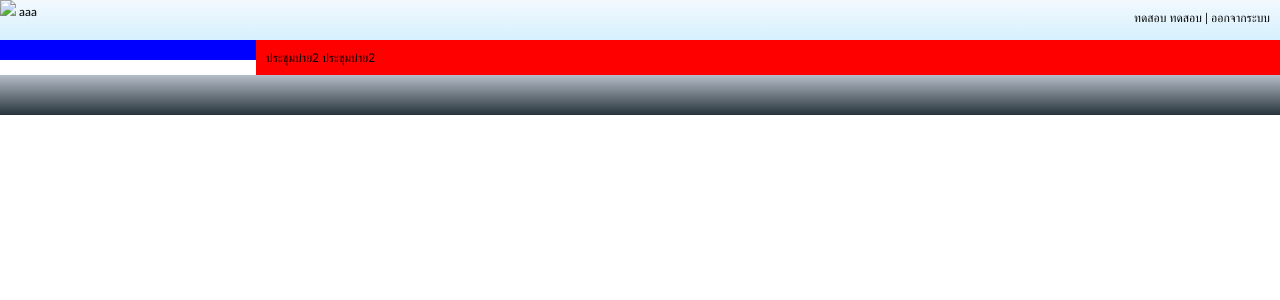
Repository: pleanoma/TooDoo
Page: http://localhost/TooDoo/Home.jsp
An editor plug-in stored every save of this project. The page is shown before and after the next save, followed by the edit.
The browser window is 1280 px wide. The pictures show the whole page.
The page is served by Tomcat 9. Other server files are loaded and not shown.

Above is the page before, as saved 2013-11-27 08:31:43.
Not found: TooDoo/TooDoo/images/images/logo.png

### TooDoo/WebContent/Home.jsp
<%@ page contentType="text/html; charset=utf-8" pageEncoding="utf-8" %>

<!DOCTYPE html PUBLIC "-//W3C//DTD HTML 4.01 Transitional//EN" "http://www.w3.org/TR/html4/loose.dtd">
<html>
<head>
<meta http-equiv="Content-Type" content="text/html; charset=tis-620">
<title>Insert title here</title>
<link rel="stylesheet" href="./css/style.css" type="text/css">
</head>
<body>
	<div id="header">
		<div class="logo">
			<img src="./images/images/logo.png"/> aaa
		</div>
		<div class="userdetail">
			<label for="UserDetail">ทดสอบ ทดสอบ</label>
			|
			<label for="UserLogout">ออกจากระบบ</label>
		</div>
	</div>
	<div class="clr">
	</div>
	<div id="content">
		<div class="article">
			<div class="box-txt">
			<label for="TodoItem">ประชุมบ่าย2</label>
			<label for="TodoItem">ประชุมบ่าย2</label>
			</div>
		</div>
		<div class="sidebar">
			<div class="box-txt">

			</div>
		</div>
	</div>
	<div class="clr">
	</div>
	<div id="footer">
		<div class="box-txt">

		</div>
	</div>
</body>
</html>

### TooDoo/WebContent/css/style.css
html, body {
	margin: 0 auto;
	width: 100%;
	font-family: "Trebuchet MS", Helvetica, sans-serif;
	font-weight: 400;
	font-size: 12px;
}
#main {
	margin: 0 auto;
	padding: 0;
}
#header {
	width: 100%;
	height: 40px;
	min-height: 40px;
	background: green;
	background: #f2f9fe; /* Old browsers */
	background: -moz-linear-gradient(top, #f2f9fe 0%, #d6f0fd 100%); /* FF3.6+ */
	background: -webkit-gradient(linear, left top, left bottom, color-stop(0%,#f2f9fe), color-stop(100%,#d6f0fd)); /* Chrome,Safari4+ */
	background: -webkit-linear-gradient(top, #f2f9fe 0%,#d6f0fd 100%); /* Chrome10+,Safari5.1+ */
	background: -o-linear-gradient(top, #f2f9fe 0%,#d6f0fd 100%); /* Opera 11.10+ */
	background: -ms-linear-gradient(top, #f2f9fe 0%,#d6f0fd 100%); /* IE10+ */
	background: linear-gradient(to bottom, #f2f9fe 0%,#d6f0fd 100%); /* W3C */
	filter: progid:DXImageTransform.Microsoft.gradient( startColorstr='#f2f9fe', endColorstr='#d6f0fd',GradientType=0 ); /* IE6-9 */
}
#header .logo {
	float: left;
}
#header .userdetail {
	float: right;
	padding: 10px;
	font-size: 12px;
}
#content .article {
	float: right;
	width: 80%;
	height: 100%;
	background: red;
}
#content .sidebar {
	float: left;
	width: 20%;
	height: 100%;
	background: blue;
}
#footer {
	display: block;
	width: 100%;
	height: 40px;
	min-height: 40px;
	background: yellow;
	background: #b5bdc8; /* Old browsers */
background: -moz-linear-gradient(top, #b5bdc8 0%, #828c95 36%, #28343b 100%); /* FF3.6+ */
background: -webkit-gradient(linear, left top, left bottom, color-stop(0%,#b5bdc8), color-stop(36%,#828c95), color-stop(100%,#28343b)); /* Chrome,Safari4+ */
background: -webkit-linear-gradient(top, #b5bdc8 0%,#828c95 36%,#28343b 100%); /* Chrome10+,Safari5.1+ */
background: -o-linear-gradient(top, #b5bdc8 0%,#828c95 36%,#28343b 100%); /* Opera 11.10+ */
background: -ms-linear-gradient(top, #b5bdc8 0%,#828c95 36%,#28343b 100%); /* IE10+ */
background: linear-gradient(to bottom, #b5bdc8 0%,#828c95 36%,#28343b 100%); /* W3C */
filter: progid:DXImageTransform.Microsoft.gradient( startColorstr='#b5bdc8', endColorstr='#28343b',GradientType=0 ); /* IE6-9 */
}
.box-txt {
	padding: 10px;
}
.clr {
	clear: both;
}

After the next save:
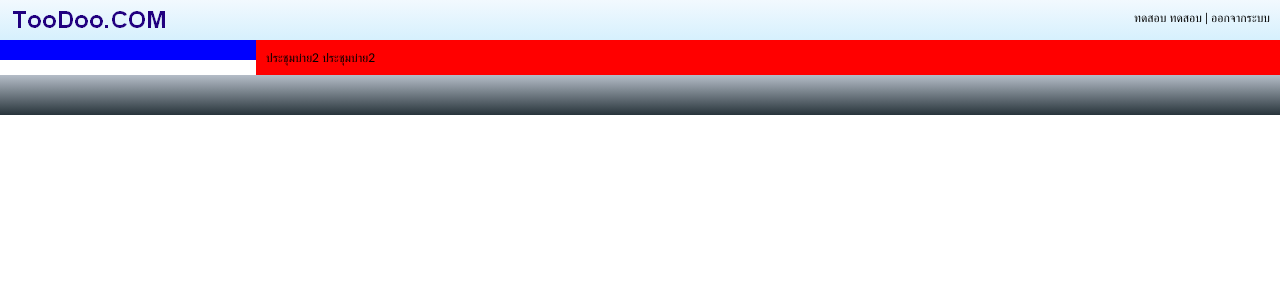
Saved 26 s later.
--- a/TooDoo/WebContent/Home.jsp
+++ b/TooDoo/WebContent/Home.jsp
@@ -10,7 +10,7 @@
 <body>
 	<div id="header">
 		<div class="logo">
-			<img src="./images/images/logo.png"/> aaa
+			<img src="./images/logo.png"/>
 		</div>
 		<div class="userdetail">
 			<label for="UserDetail">ทดสอบ ทดสอบ</label>
